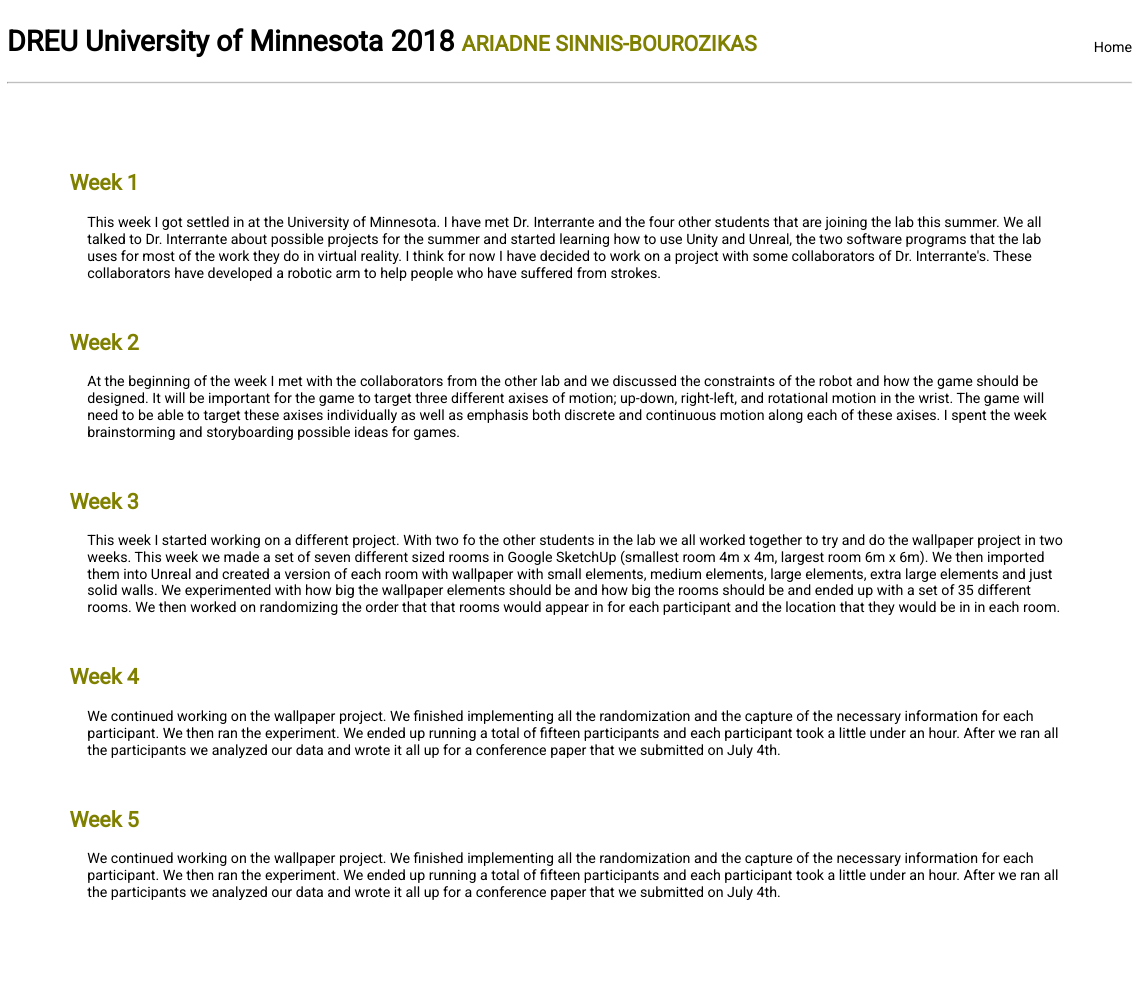
Repository: ariadnesb/dreu2018
Page: journal.html
The author's editor kept a record of every edit. The page is drawn from the files as they stood at one moment, then again after the next edit.
The browser window is 1280 px wide. The pictures show the whole page, at 89% of full size.

Above is the page before.

### journal.html
<!DOCTYPE html>
<html>
    <head>
        <title>It's me</title>
        <link rel="stylesheet" href="styles.css">
        <link href="https://fonts.googleapis.com/css?family=Roboto" rel="stylesheet">
    </head>
</html>

<body>
    <div id="header">
        <br>
        <h1>DREU University of Minnesota 2018 </h1>
        <h2>ARIADNE SINNIS-BOUROZIKAS</h2>

        <ul class="nav-bar">
            <li><a href="./index.html">Home</a></li>
        </ul>
         <br>
        <br>
        <hr>

    </div>


    <div id = "journal">
        <h2> Week 1 </h2>
        <p>
            This week I got settled in at the University of Minnesota. I have met Dr. Interrante and the four other students that are joining the lab this summer. We all talked to Dr. Interrante about possible projects for the summer and started learning how to use Unity and Unreal, the two software programs that the lab uses for most of the work they do in virtual reality. I think for now I have decided to work on a project with some collaborators of Dr. Interrante's. These collaborators have developed a robotic arm to help people who have suffered from strokes.

        </p>
        <br><h2> Week 2 </h2>
        <p>
            At the beginning of the week I met with the collaborators from the other lab and we discussed the constraints of the robot and how the game should be designed. It will be important for the game to target three different axises of motion; up-down, right-left, and rotational motion in the wrist. The game will need to be able to target these axises individually as well as emphasis both discrete and continuous motion along each of these axises. I spent the week brainstorming and storyboarding possible ideas for games.
        </p>

        <br><h2> Week 3 </h2>
        <p>
            This week I started working on a different project. With two fo the other students in the lab we all worked together to try and do the wallpaper project in two weeks. This week we made a set of seven different sized rooms in Google SketchUp (smallest room 4m x 4m, largest room 6m x 6m). We then imported them into Unreal and created a version of each room with wallpaper with small elements, medium elements, large elements, extra large elements and just solid walls. We experimented with how big the wallpaper elements should be and how big the rooms should be and ended up with a set of 35 different rooms. We then worked on randomizing the order that that rooms would appear in for each participant and the location that they would be in in each room.
        </p>

        <br><h2> Week 4 </h2>
        <p>
            We continued working on the wallpaper project. We finished implementing all the randomization and the capture of the necessary information for each participant. We then ran the experiment. We ended up running a total of fifteen participants and each participant took a little under an hour. After we ran all the participants we analyzed our data and wrote it all up for a conference paper that we submitted on July 4th.
            </p>


         <br><h2> Week 5 </h2>
        <p>
            We continued working on the wallpaper project. We finished implementing all the randomization and the capture of the necessary information for each participant. We then ran the experiment. We ended up running a total of fifteen participants and each participant took a little under an hour. After we ran all the participants we analyzed our data and wrote it all up for a conference paper that we submitted on July 4th.
            </p>
    </div>

</body>

### styles.css
html {
  /* everything that u put here will impact contents of <html>
  aka everything */
  font-family: 'Roboto', sans-serif;
  background-color: offwhite;

}

#custom-id {
    background-color: black;
    color: white;
}

.custom-class{
    color: blue;
    display: inline;

}

#name {
    color: #66D167;
}

#header h1 {
    display: inline;
}

#header h2 {
    display: inline;
    color: olive;
}

#header .nav-bar  {
    display: inline;
    float: right;
    list-style-type: none;

}

#header li {
    display: inline;
    padding: 0;
    background-color: none;
}

 a {
    text-decoration: none;
    display: inline;
    color: black;

}

 a:hover {
    background-color: olive;
    display: inline;
    color:white;
}

#emb_link {
    text-decoration: underline;
}

#journal {
    display:inline-block;
    margin: 70px;
}

#journal h2 {
    color: olive;
}

#journal p{
    margin-left: 20px;
}

#paragraph {
    display:inline-block;
    margin: 70px;
}

After the next edit:
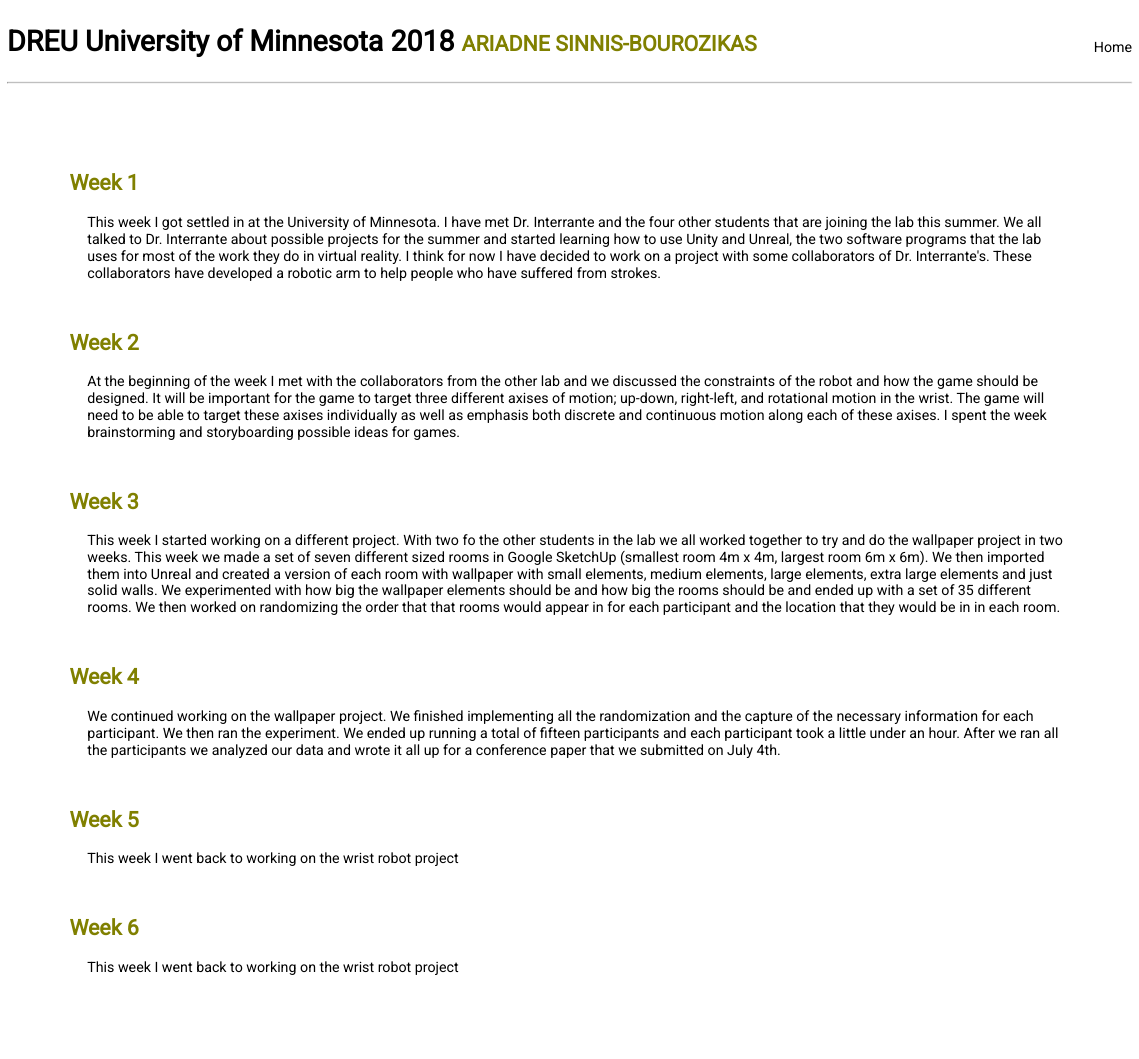
The edit:
--- a/journal.html
+++ b/journal.html
@@ -47,7 +47,12 @@
 
          <br><h2> Week 5 </h2>
         <p>
-            We continued working on the wallpaper project. We finished implementing all the randomization and the capture of the necessary information for each participant. We then ran the experiment. We ended up running a total of fifteen participants and each participant took a little under an hour. After we ran all the participants we analyzed our data and wrote it all up for a conference paper that we submitted on July 4th.
+            This week I went back to working on the wrist robot project
+            </p>
+
+        <br><h2> Week 6 </h2>
+        <p>
+            This week I went back to working on the wrist robot project
             </p>
     </div>
 
